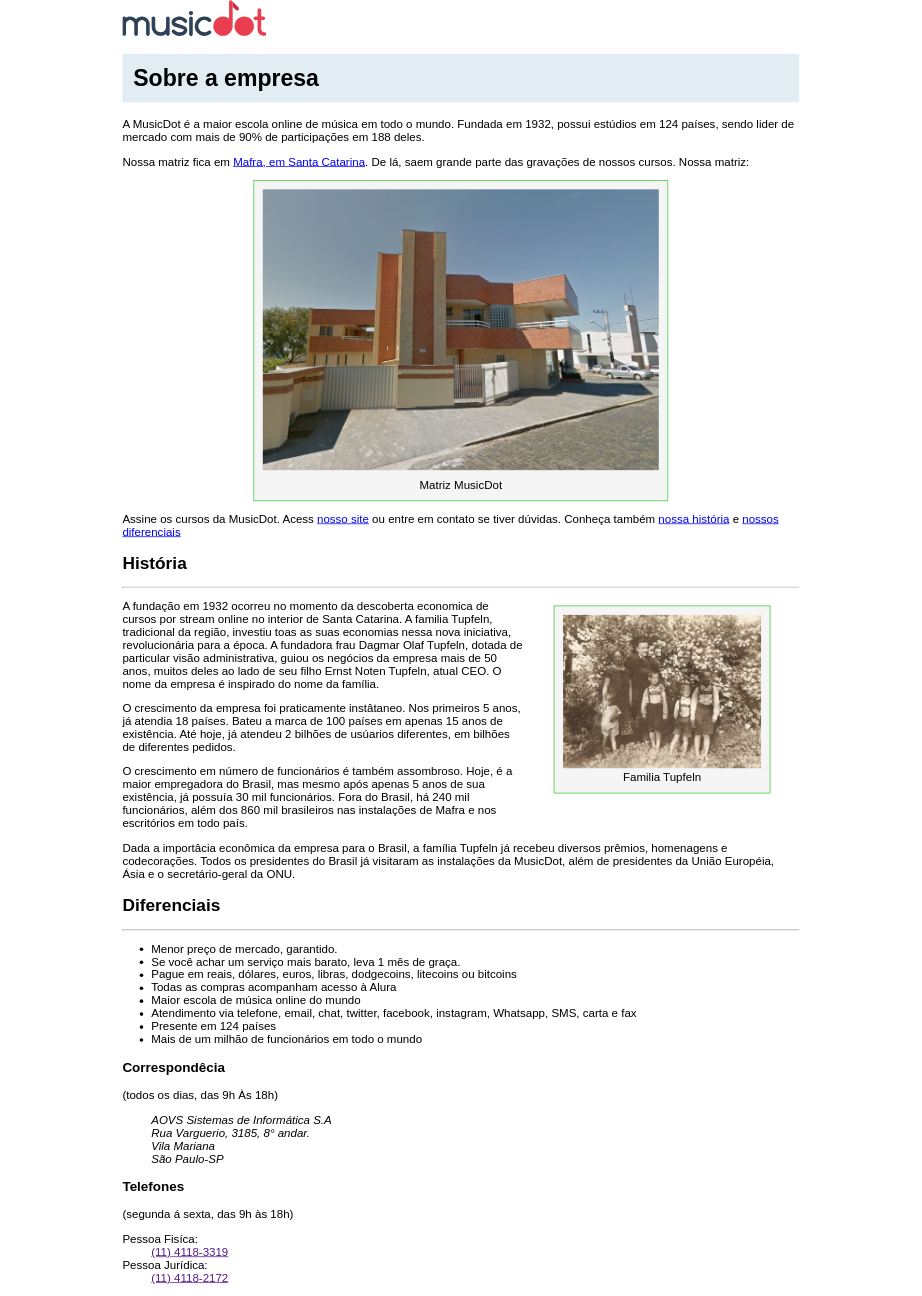
Repository: EmanuelUrbano/introducao_a_tecnologias
Page: 05_04_22/trabalho/projeto-musicdot/sobre.html
The author's editor kept a copy of each file at every save. The page is drawn from the files as they stood at one save, then again after the next save.
The browser window is 1280 px wide. The pictures show the whole page, at 72% of full size.

Above is the page before, as saved 2022-05-23 17:45:18.

After the next save:
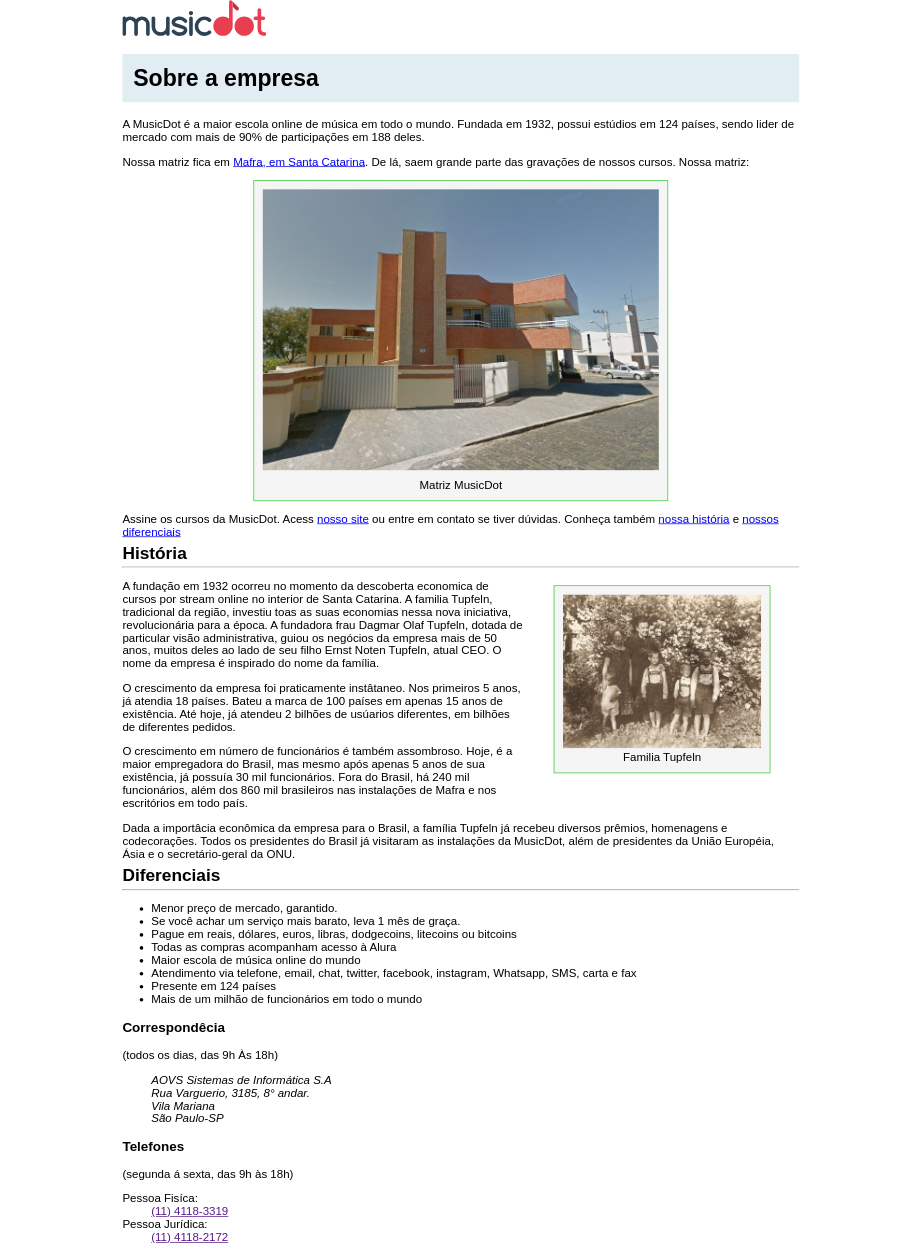
Saved 58 s later.
--- a/05_04_22/trabalho/projeto-musicdot/sobre.css
+++ b/05_04_22/trabalho/projeto-musicdot/sobre.css
@@ -38,3 +38,7 @@
 img[alt="familia-tupfeln"]{
     width: 100%;
 }
+
+h2{
+    line-height: 0;
+}
